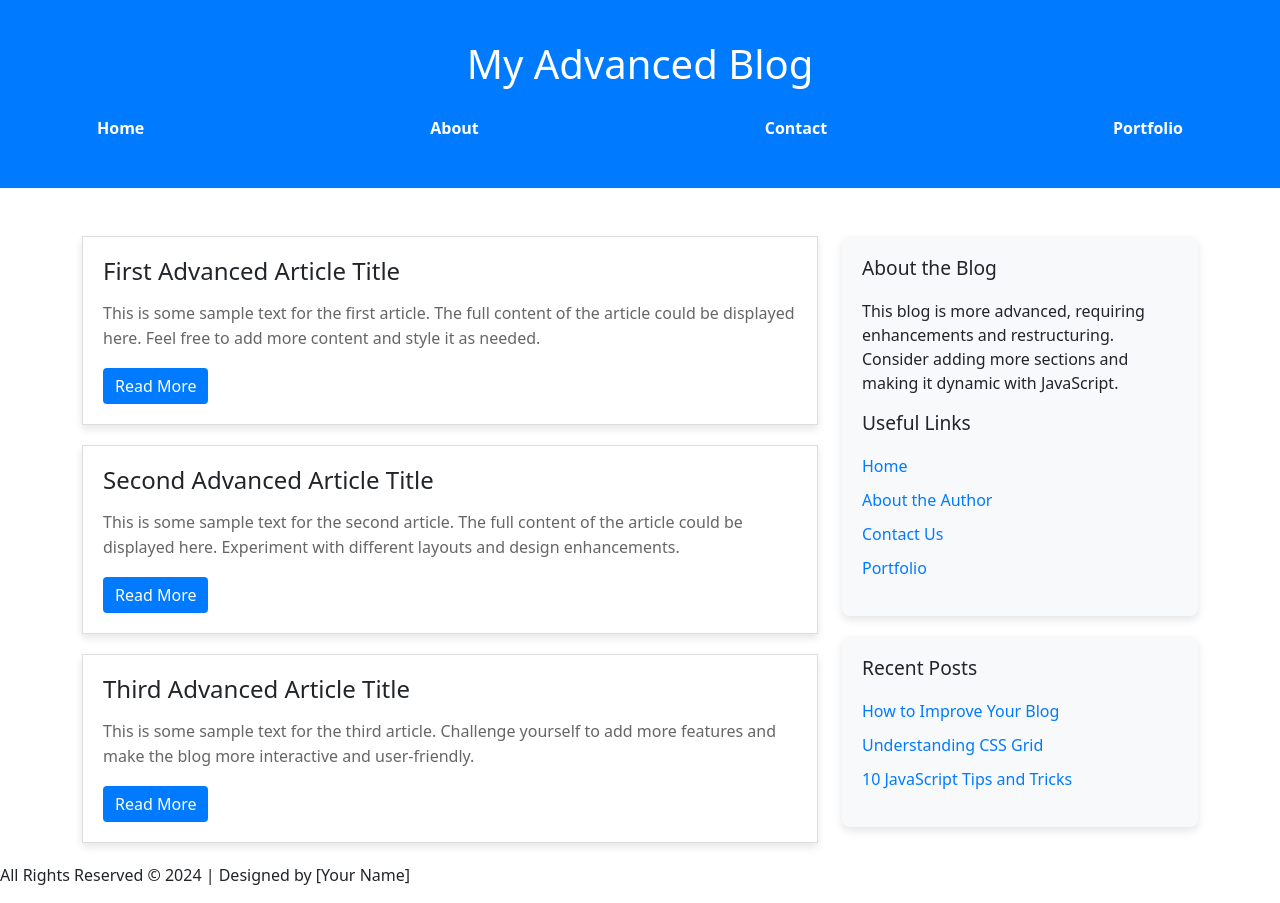
Repository: zeinawady/Blog-Code-Refactoring
Page: index.html
An editor plug-in stored every save of this project. The page is shown before and after the next save, followed by the edit.
The browser window is 1280 px wide. The pictures show the whole page.

Above is the page before, as saved 2024-09-23 14:21:26.

After the next save:
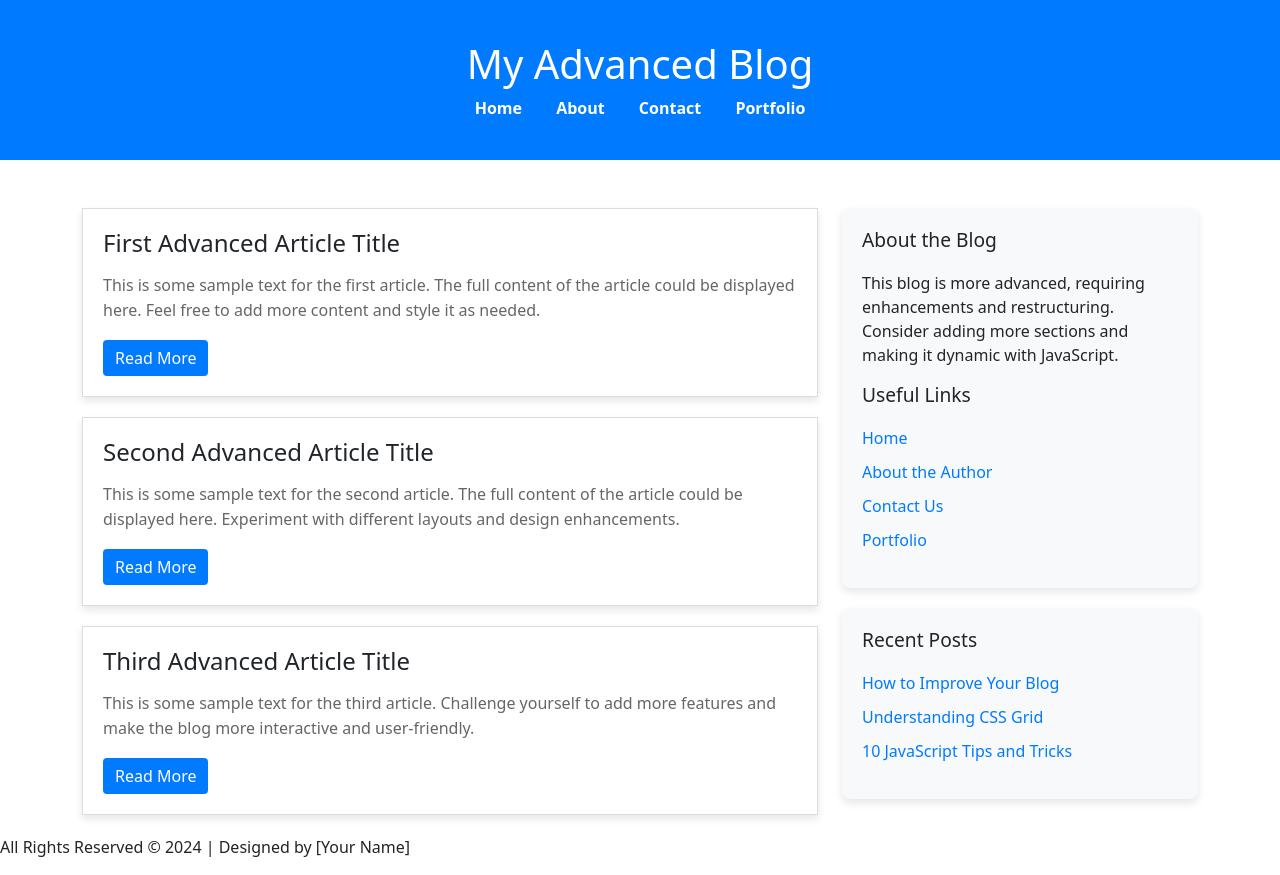
Saved 12 s later.
--- a/index.html
+++ b/index.html
@@ -14,7 +14,7 @@
   <body>
     <header>
       <h1>My Advanced Blog</h1>
-    <nav class="navbar">
+    <nav>
       <div class="container">
         <a href="#" >Home</a>
         <a href="#">About</a>

After the 2 saves that followed:
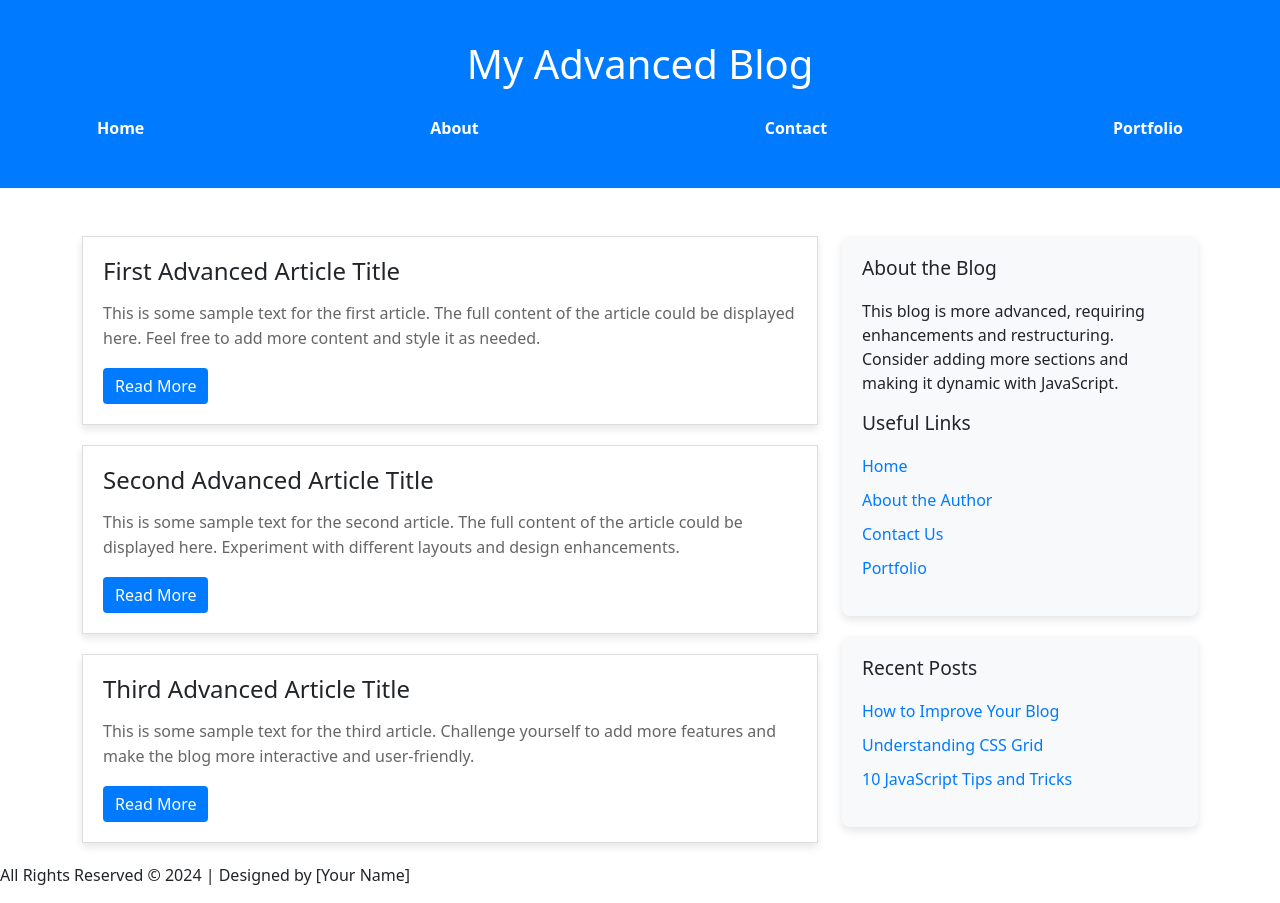
The 2 saves are shown as one change because they came seconds apart.
The last was saved 2 min 20 s later.
--- a/index.html
+++ b/index.html
@@ -14,7 +14,7 @@
   <body>
     <header>
       <h1>My Advanced Blog</h1>
-    <nav>
+    <nav class="navbar">
       <div class="container">
         <a href="#" >Home</a>
         <a href="#">About</a>
